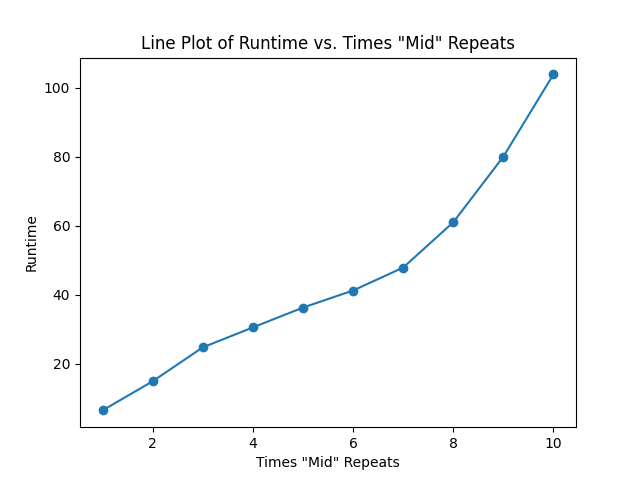
Repository: kingsoneight/CS350-Computer-System
Script's output: python hw7/EVAL/1c.py
The author's editor kept a copy of each file at every save. The script's output is drawn from the files as they stood at one save, then again after the next save.
Random numbers start from a fixed seed.

Above is the script's output before, as saved 2023-12-04 22:27:15.

### hw7/EVAL/1c.py
import matplotlib.pyplot as plt

# Sample data (replace with your own data)
x_values = [1, 2, 3, 4, 5, 6, 7, 8, 9, 10]
y_values = [6.57, 15, 24.81, 30.58, 36.32,
            41.26, 47.9, 61, 80, 103.8]

# Create the plot
plt.plot(x_values, y_values, marker='o', linestyle='-')

# Add labels and title
plt.xlabel('Times "Mid" Repeats')
plt.ylabel('Runtime')
plt.title('Line Plot of Runtime vs. Times "Mid" Repeats')

# Show the plot
plt.show()

After the next save:
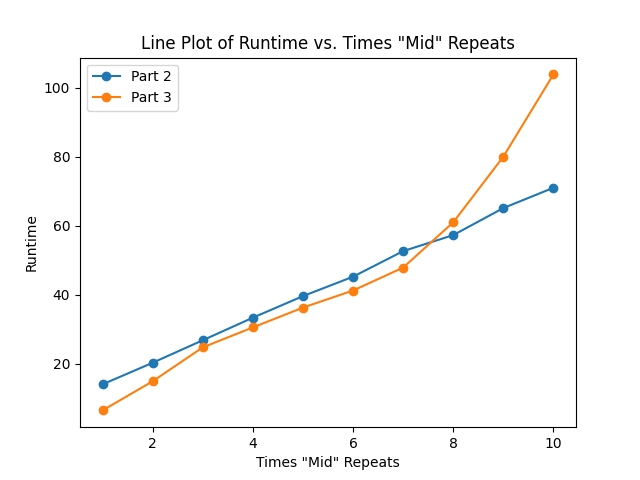
Saved 4 min 56 s later.
--- a/hw7/EVAL/1c.py
+++ b/hw7/EVAL/1c.py
@@ -1,17 +1,24 @@
 import matplotlib.pyplot as plt
 
 # Sample data (replace with your own data)
-x_values = [1, 2, 3, 4, 5, 6, 7, 8, 9, 10]
-y_values = [6.57, 15, 24.81, 30.58, 36.32,
-            41.26, 47.9, 61, 80, 103.8]
+
+x_values2 = [1, 2, 3, 4, 5, 6, 7, 8, 9, 10]
+y_values2 = [14.11, 20.36, 26.87, 33.4, 39.64,
+             45.26, 52.66, 57.3, 65.12, 71]
+
+x_values3 = [1, 2, 3, 4, 5, 6, 7, 8, 9, 10]
+y_values3 = [6.57, 15, 24.81, 30.58, 36.32,
+             41.26, 47.9, 61, 80, 103.8]
 
 # Create the plot
-plt.plot(x_values, y_values, marker='o', linestyle='-')
+plt.plot(x_values2, y_values2, marker='o', linestyle='-', label="Part 2")
+plt.plot(x_values3, y_values3, marker='o', linestyle='-', label="Part 3")
 
 # Add labels and title
 plt.xlabel('Times "Mid" Repeats')
 plt.ylabel('Runtime')
 plt.title('Line Plot of Runtime vs. Times "Mid" Repeats')
+plt.legend()
 
 # Show the plot
 plt.show()
